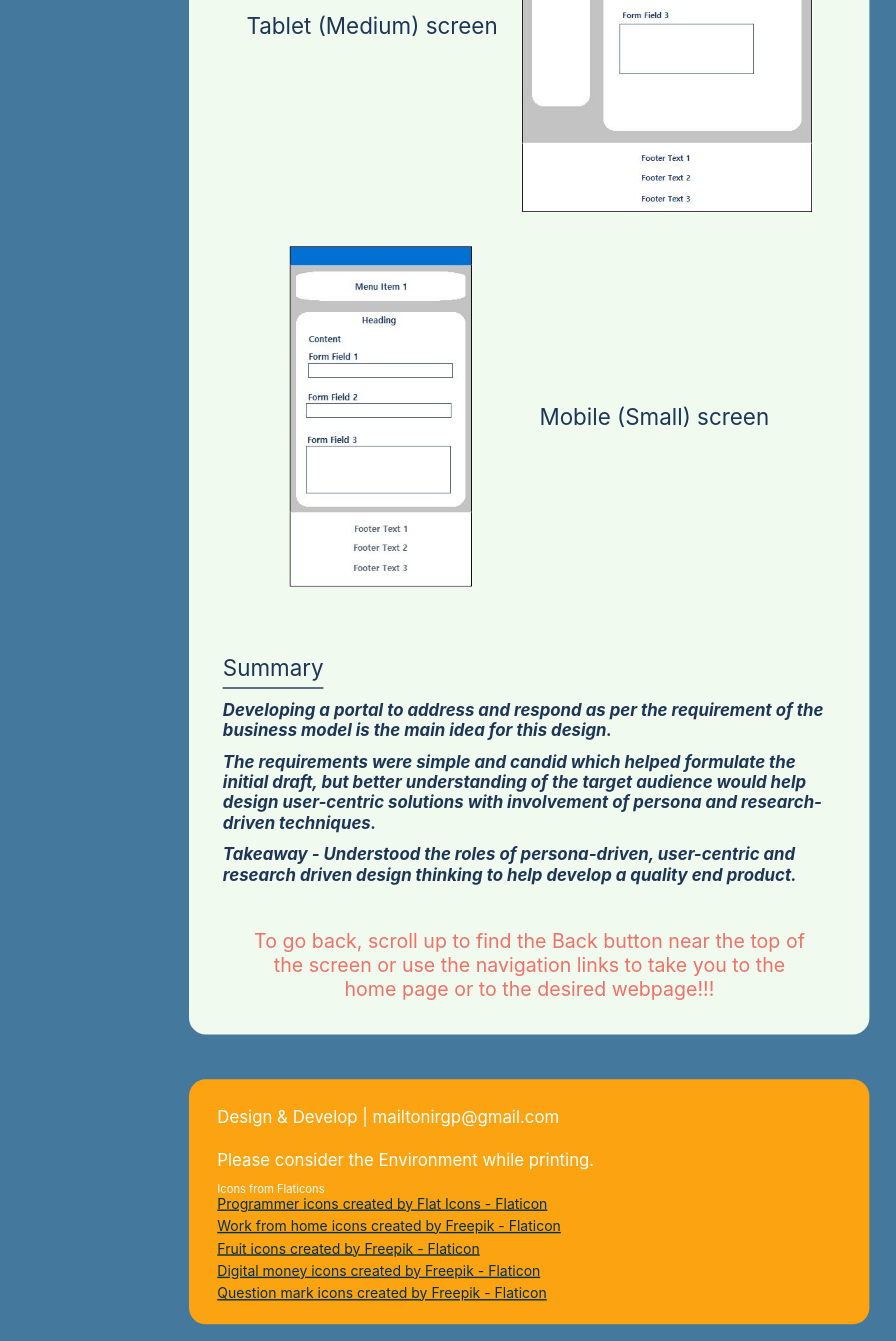
Repository: niranjangp/portfolioReact
Page: /cs-one
An editor plug-in stored every save of this project. The page is shown before and after the next save, followed by the edit.
The browser window is 1280 px wide. The pictures show the part of the page from y = 1897 to 3817 px (the page is 3813 px tall before and 3817 px after), at 70% of full size.
The project was rebuilt for these pictures with package versions that can differ from the ones it lists, and the page was loaded fresh each time. Also part of the build but not shown: src/pages/enterDesign.jsx, src/pages/csTwo.jsx, src/pages/csThree.jsx, src/pages/csFour.jsx, src/pages/notFound.jsx.

Above is the page before, as saved 2022-02-02 02:51:54.

### public/index.html
<!DOCTYPE html>
<html lang="en">
  <head>
    <meta charset="utf-8" />
    <!--<link rel="icon" href="%PUBLIC_URL%/favicon.ico" />-->
    <meta name="viewport" content="width=device-width, initial-scale=1" />
    <meta name="theme-color" content="#000000" />
    <meta
      name="description"
      content="Web site created using create-react-app"
    />
    <!--<link rel="apple-touch-icon" href="%PUBLIC_URL%/logo192.png" />-->
    <!--
      manifest.json provides metadata used when your web app is installed on a
      user's mobile device or desktop. See https://developers.google.com/web/fundamentals/web-app-manifest/
    -->
    <link rel="manifest" href="%PUBLIC_URL%/manifest.json" />
    <!--
      Notice the use of %PUBLIC_URL% in the tags above.
      It will be replaced with the URL of the `public` folder during the build.
      Only files inside the `public` folder can be referenced from the HTML.

      Unlike "/favicon.ico" or "favicon.ico", "%PUBLIC_URL%/favicon.ico" will
      work correctly both with client-side routing and a non-root public URL.
      Learn how to configure a non-root public URL by running `npm run build`.
    -->
    <title>Portfolio</title>
  </head>
  <body>
    <noscript>You need to enable JavaScript to run this app.</noscript>
    <div id="root"></div>
    <!--
      This HTML file is a template.
      If you open it directly in the browser, you will see an empty page.

      You can add webfonts, meta tags, or analytics to this file.
      The build step will place the bundled scripts into the <body> tag.

      To begin the development, run `npm start` or `yarn start`.
      To create a production bundle, use `npm run build` or `yarn build`.
    -->
  </body>
</html>

### src/index.css
body {
  margin: 0;
  font-family: -apple-system, BlinkMacSystemFont, 'Segoe UI', 'Roboto', 'Oxygen',
    'Ubuntu', 'Cantarell', 'Fira Sans', 'Droid Sans', 'Helvetica Neue',
    sans-serif;
  -webkit-font-smoothing: antialiased;
  -moz-osx-font-smoothing: grayscale;
  box-sizing: border-box;
}

code {
  font-family: source-code-pro, Menlo, Monaco, Consolas, 'Courier New',
    monospace;
}

p {
  margin: 0;
}

### src/App.js
import './App.css';

import { Route, NavLink, Switch, Redirect } from 'react-router-dom';
import EnterTheDesign from './pages/enterDesign';
import CSOne from './pages/csOne';
import CSTwo from './pages/csTwo';
import CSThree from './pages/csThree';
import CSFour from './pages/csFour';
import NotFound from './pages/notFound';

function App() {
  const flatIconLink = "https://www.flaticon.com/free-icons/programmer";
  const wfhIconLink = "https://www.flaticon.com/free-icons/work-from-home";
  const fruitLink = "https://www.flaticon.com/free-icons/fruit";
  const moneyLink = "https://www.flaticon.com/free-icons/digital-money";
  const quoteLink = "https://www.flaticon.com/free-icons/question-mark";



  return (
    <div className='App'>
      <div className="containerOne">
        <nav className='navigation'>
          <div className='navDiv'>
            <NavLink activeClassName="nav-link active" className="nav-link" to="/enter-the-design">Take me Home!</NavLink>
          </div>
          <div className='navDiv'>
            <NavLink activeClassName="nav-link active" className="nav-link" to="/cs-one">Case Study Numero Uno</NavLink>
          </div>
          <div className='navDiv'>
            <NavLink activeClassName="nav-link active" className="nav-link" to="/cs-two">Case t'w'o Study</NavLink>
          </div>
          <div className='navDiv'>
            <NavLink activeClassName="nav-link active" className="nav-link" to="/cs-three">Case Study the 3rd</NavLink>
          </div>
          <div className='navDiv'>
            <NavLink activeClassName="nav-link active" className="nav-link" to="/cs-four">Case Study IV</NavLink>
          </div>
        </nav>
        <main className='mainOne'>
          <Switch>
            <Route exact path="/" ><Redirect to="/enter-the-design" /></Route>
            <Route path="/enter-the-design" ><EnterTheDesign /></Route>
            <Route exact path="/cs-one" ><CSOne /></Route>
            <Route exact path="/cs-two" ><CSTwo /></Route>
            <Route exact path="/cs-three"><CSThree /></Route>
            <Route exact path="/cs-four"><CSFour /></Route>

            <Route path="*"><NotFound /></Route>
          </Switch>

        </main>
        <footer>
          <div className='footer-info'>
            {/*<p>Niranjan G P</p>*/}
            <p>Design & Develop    |   mailtonirgp@gmail.com</p>
            <p>Please consider the Environment while printing.</p>
          </div>
          <div className='credits'>
            <p>Icons from Flaticons</p>
            <a href={flatIconLink} title="programmer icons">Programmer icons created by Flat Icons - Flaticon</a>
            <a href={wfhIconLink} title="work from home icons">Work from home icons created by Freepik - Flaticon</a>
            <a href={fruitLink} title="fruit icons">Fruit icons created by Freepik - Flaticon</a>
            <a href={moneyLink} title="digital money icons">Digital money icons created by Freepik - Flaticon</a>
            <a href={quoteLink} title="question mark icons">Question mark icons created by Freepik - Flaticon</a>
          </div>
        </footer>
      </div>

    </div>
  );
}

export default App;

### src/App.css
.containerOne {
  background-color: #45789d;
  padding: 24px;
  position: relative;
}

.mainOne {
  width: 75%;
  margin-left: 20%;
  background-color: #F1FAEE;
  height: 100%;
  border-radius: 1.5rem;
  padding: 24px;
}

.navigation {
  position: absolute;
  top: 24px;
  left: 24px;
  width: 15%;
  height: 1200px;
  background-color: #F1FAEE;
  border-radius: 1.5rem;
  padding: 64px 24px 24px;
}

.navDiv {
  padding: 16px 0;
  text-align: center;
}

.nav-link {
  font-size: 24px;
  text-decoration: none;
  color: #1d3557;
}

.nav-link.active {
  color: #2a9d8f;
  font-weight: bold;
  border-bottom: 4px solid #2a9d8f;
}

.fr-info {
  font-size: 3rem;
  font-family: 'Gill Sans', 'Gill Sans MT', Calibri, 'Trebuchet MS', sans-serif;
  padding: 24px 24px 24px 48px;
  color: #1d3557;
}

.firstRow {
  display: flex;
  align-items: center;
  padding: 64px 0;
}

.width-60 {
  width: 60%;
}

.width-40 {
  width: 40%;
}

.fullWidth {
  width: 100%;
}

.img-block {
  text-align: center;
}

.sec-row {
  background-color: #1d3557;
  color: #f1faee;
  border-radius: 0.75rem;
  padding: 64px;
  font-family: 'Lucida Sans', 'Lucida Sans Regular', 'Lucida Grande', 'Lucida Sans Unicode', Geneva, Verdana, sans-serif;
  font-size: 28px;
  text-align: justify;
}

.sec-row p {
  padding: 16px;
}

.centered {
  margin: 3rem auto;
  text-align: center;
  display: flex;
  justify-content: center;
  align-items: center;
}

.linkSel {
  text-decoration: underline;
  font-weight: bold;
}

.third-row {
  display: flex;
  flex-wrap: wrap;
  padding: 96px 24px 0;
}

.card-box {
  width: 50%;
  text-align: center;
  height: 600px;
}

.card {
  width: 400px;
  height: 450px;
  background-color: #ffddd2;
  border-radius: 20px;
  box-shadow: 4px 4px 4px 4px rgba(0, 0, 0, 0.2);
  margin: 3rem auto;
  flex-grow: 1;
  flex-shrink: 1;
  transition: width 500ms ease 0s;
}

.card:hover {
  box-shadow: 4px 4px 4px 8px rgba(0, 0, 0, 0.2);
  width: 420px;
  height: 470px;
  cursor: pointer;
}

.card a {
  text-decoration: none;
}

.card p {
  font-size: 32px;
  padding: 24px;
  color: #1d3557;
  font-family: Verdana, Geneva, Tahoma, sans-serif;
}

.card-icon {
  width: 256px;
  margin-top: 40px;
}

.intro-cs {
  text-align: center;
  font-size: 40px;
  color: #1d3557;
  margin-bottom: 64px;
  font-family: 'Trebuchet MS', 'Lucida Sans Unicode', 'Lucida Grande', 'Lucida Sans', Arial, sans-serif;
}

.summaryOne {
  font-size: 24px;
  font-weight: bold;
  padding-bottom: 16px;
  font-style: italic;
}

.cr-fi {
  font-size: 20px;
}

footer {
  width: 75%;
  margin-left: 20%;
  background-color: #fca311;
  height: 100%;
  border-radius: 1.5rem;
  padding: 24px;
  margin-top: 64px;
  color: #fff;
}

.footer-info {
  font-size: 1.5rem;
}

.footer-info p {
  padding: 1rem;
}

.credits {
  padding-left: 16px;
}

.credits a {
  /*text-decoration: none;*/
  display: block;
  padding-bottom: 8px;
  font-size: 20px;
  color: #023047;
}

.csOne {
  min-height: 660px;
  height: 100%;
  color: #1d3557;
}

.backLink {
  font-size: 28px;
  font-weight: bold;
  padding: 16px 16px 16px 24px;
}

.backLink a {
  text-decoration: none;
  color: #1d3557;

}

.csOneHeader, .csTwoHeader, .cs3Header, .cs4Header {
  font-size: 40px;
  padding: 16px 16px 32px 24px;
}

.csOneBody {
  padding: 0 24px;
}

.csOneH {
  font-size: 32px;
  padding-bottom: 8px;
  border-bottom: 2px solid #1d3557;
  margin-bottom: 16px;
  display: inline-block;
}

.csOneC {
  font-size: 28px;
}

.pd-bt {
  padding-bottom: 48px;
}

.pd-bt-small {
  padding-bottom: 24px;
}

.clrp {
  width: 100px;
  height: 40px;
  border-top-right-radius: 20px;
  border-bottom-right-radius: 20px;
  margin-right: 24px;
}

.fir {
  background-color: #0070D2;
}

.sec {
  background-color: #16325C;
}

.thi {
  background-color: #526173;
}

.fou {
  font-family: sans-serif;
  padding-right: 24px;
}

.dp-flx {
  display: flex;
  margin: 16px 40px;
  align-items: center;
}

.flx-bx {
  display: flex;
  align-items: center;
  justify-content: space-evenly;
  margin-bottom: 48px;
}

.flx-bx div {
  font-size: 32px;
}

.mrDesk {
  width: 800px;
}

.last-text {
  font-size: 28px;
  color: #f07167;
  margin: 0 64px 24px;
  text-align: center;
}

.csTwo {
  font-family: 'Franklin Gothic Medium', 'Arial Narrow', Arial, sans-serif;
}

.csTwoHeader {
  color: #e76f51;
}

.csTwoPara {
  color: #0081a7;
  font-size: 28px;
  padding-bottom: 8px;
}

.padd-div {
  padding: 16px 24px 56px;
}

.csTwoRowTwo {
  color: #c81d25;
  font-size: 32px;
  padding-bottom: 16px;
  border-bottom: 2px solid #c81d25;
  margin-bottom: 48px;
}

.textCen {
  text-align: center;
}

.screenName {
  font-size: 24px;
  width: 80%;
  margin: 0 auto;
  margin-bottom: 0px;
  background-color: #284b63;
  color: #fff;
  border-top-left-radius: 12px;
  border-top-right-radius: 12px;
  padding: 8px 0;
}

.scrIcon {
  width: 80%;
  margin: 8px 0 64px;
}

.cs3 {
  font-family: 'Lucida Sans', 'Lucida Sans Regular', 'Lucida Grande', 'Lucida Sans Unicode', Geneva, Verdana, sans-serif;
}

.cs3Header {
  color: #006d77;
  border-bottom: 2px solid #006d77;
  display: inline-block;

}


.right-content {
  text-align: right;
  margin: 64px 0;
}

.exp-para {
  font-size: 40px;
  display: inline-block;
  background-color: #52b69a;
  padding: 8px 16px;
  border-radius: 20px;
  color: #fff;
  font-weight: bold;
  margin-bottom: 24px;
}

.exp-header {
  display: inline-block;
  font-size: 40px;
  color: #14746f;
  padding-bottom: 8px;
  border-bottom: 2px dotted #14746f;
  margin-bottom: 8px;
}

.flexExp {
  display: flex;
  align-items: center;
  justify-content: space-around;
}

.iconText {
  padding: 24px;
  font-size: 32px;
  color: #00afb9;
}

.expIcon {
  margin: 64px 0;
  width: 900px;
}

.last .exp-para {
  font-size: 28px;
}

.cs4 {
  font-family: 'Trebuchet MS', 'Lucida Sans Unicode', 'Lucida Grande', 'Lucida Sans', Arial, sans-serif;
}

.cs4Header {
  text-align: center;
  color: #ff5400;
  font-weight: bold;
}

.quoIcon {
  width: 900px;
}

.quo-pack {
  text-align: center;
}

.cs4-para {
  text-align: center;
  font-size: 28px;
  color: #bd1f36;
  padding-bottom: 12px;
}

.mrg-blk {
  margin: 64px 0;
}

.qIconTxt {
  color: #003e1f;
  font-size: 24px;
  padding: 8px 0;
  border-bottom: 2px solid #003e1f;
  margin-bottom: 64px;
}

.mrg-last-blk {
  margin: 64px 0;
  background-color: #dc143c;
  padding: 36px;
  color: #fff;
  border-radius: 36px;
  font-size: 32px;
}

.mrg-last-blk p {
  padding-bottom: 2rem;
}


/*.containerOne {
  background-color: #F1FAEE;
}
.mainOne {
  background-color: #a8dadc;
  width: 75%;
  margin-left: 20%;
  /-*background-color: #45789d;*-/
  height: 660px;
}

.p1 {
  color: #1d3557;
}
.p2 {
  color: #f1faee;
}*/

/*.App-logo {
  height: 40vmin;
  pointer-events: none;
}

@media (prefers-reduced-motion: no-preference) {
  .App-logo {
    animation: App-logo-spin infinite 20s linear;
  }
}

.App-header {
  background-color: #282c34;
  min-height: 100vh;
  display: flex;
  flex-direction: column;
  align-items: center;
  justify-content: center;
  font-size: calc(10px + 2vmin);
  color: white;
}

.App-link {
  color: #61dafb;
}

@keyframes App-logo-spin {
  from {
    transform: rotate(0deg);
  }

  to {
    transform: rotate(360deg);
  }
}*/

### src/pages/csOne.jsx
import React from 'react';
import { Link } from 'react-router-dom';
import MrDesk from '../assets/mrDesk.JPG';
import MrTab from '../assets/mrTab.JPG';
import MrMob from '../assets/mrMob.JPG';

const csOne = () => {
  return (
    <div className='csOne'>
      <div className="backLink"><Link to="/enter-the-design">{'< Back'}</Link></div>
      <div className='csOneHeader'>A Flow for a Mandated Reporter</div>
      <div className='csOneBody'>
        <div className="pd-bt">
          <p className="csOneH">The START -</p>
          <p className="csOneC">This design came out as the first opportunity in my design roadmap.</p>
          <p className="csOneC">The design required a very minimal approach and subtle design feature involving only 3-4 color tones and the common 'sans-serif' font type.</p>
        </div>
        <div className="pd-bt">
          <p className="csOneH">The FEATURES</p>
          <p className="csOneC">The webpage doesn't have fancy animations or transitions, but has a responsive web design supporting large, medium and small device screen sizes.</p>
          <p className="csOneC dp-flx"><p className='fir clrp'></p><span>{' : #0070d2'}</span></p>
          <p className="csOneC  dp-flx"><p className='sec clrp'></p><span>{' : #16325C'}</span></p>
          <p className="csOneC  dp-flx"><p className='thi clrp'></p><span>{' : #00437D'}</span></p>
          <p className="csOneC  dp-flx"><p className="fou">SANS_SERIF</p><p> - Font</p></p>
        </div>
        <div className="pd-bt">
          <p className="csOneH">The PRODUCT</p>
          <p className="csOneC pd-bt-small">Responsive design accomodating Desktop, Tablet and Mobile versions of the webpage.</p>
          <div className="flx-bx"><img src={MrDesk} alt="mr-screen" className='mrDesk' /><div>Desktop (Large) screen</div></div>
          <div className="flx-bx"><div>Tablet (Medium) screen</div><img src={MrTab} alt="mr-screen" className='mrTab' /></div>
          <div className="flx-bx"><img src={MrMob} alt="mr-screen" className='mrMob' /><div>Mobile (Small) screen</div></div>
        </div>
        <div className="pd-bt">
        <p className="csOneH">Summary</p>
        <p className="summaryOne">Developing a portal to address and respond as per the requirement of the business model is the main idea for this design.</p>
        <p className="summaryOne">The requirements were simple and candid which helped formulate the initial draft, but better understanding of the target audience would help design user-centric solutions with involvement of persona and research-driven techniques.</p>
        <p className="summaryOne">Takeaway - Understood the roles of persona-driven, user-centric and research driven design thinking to help develop a quality end product.</p>
        </div>
      </div>
      <div className="last-text">To go back, scroll up to find the Back button near the top of the screen or use the navigation links to take you to the home page or to the desired webpage!!!</div>
    </div>
  )
};

export default csOne;

Loaded but not shown: src/index.js (common file); src/reportWebVitals.js (common file)

After the next save:
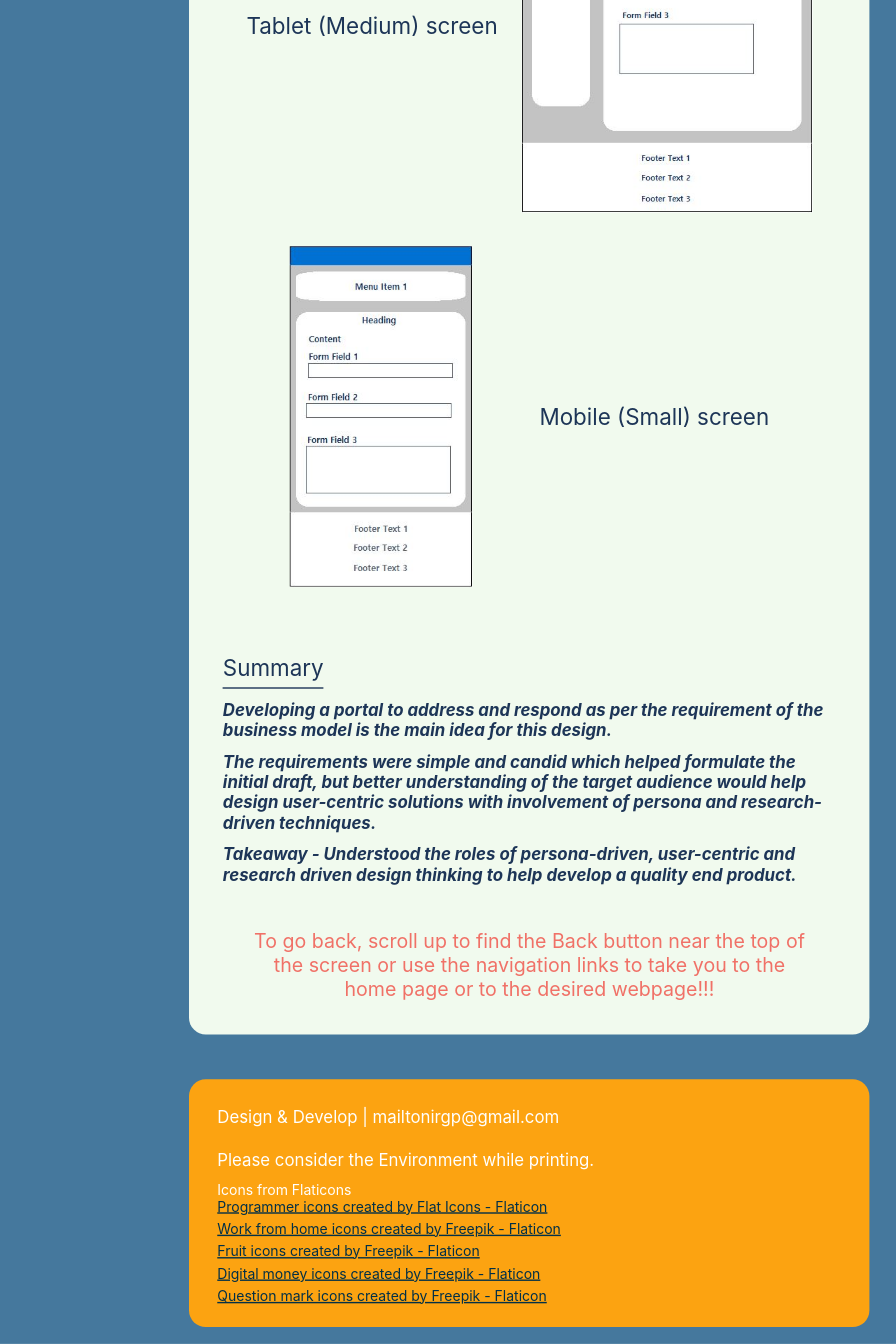
Saved 2 s later.
--- a/src/App.js
+++ b/src/App.js
@@ -57,7 +57,7 @@ function App() {
             <p>Please consider the Environment while printing.</p>
           </div>
           <div className='credits'>
-            <p>Icons from Flaticons</p>
+            <p className="cr-fi">Icons from Flaticons</p>
             <a href={flatIconLink} title="programmer icons">Programmer icons created by Flat Icons - Flaticon</a>
             <a href={wfhIconLink} title="work from home icons">Work from home icons created by Freepik - Flaticon</a>
             <a href={fruitLink} title="fruit icons">Fruit icons created by Freepik - Flaticon</a>
